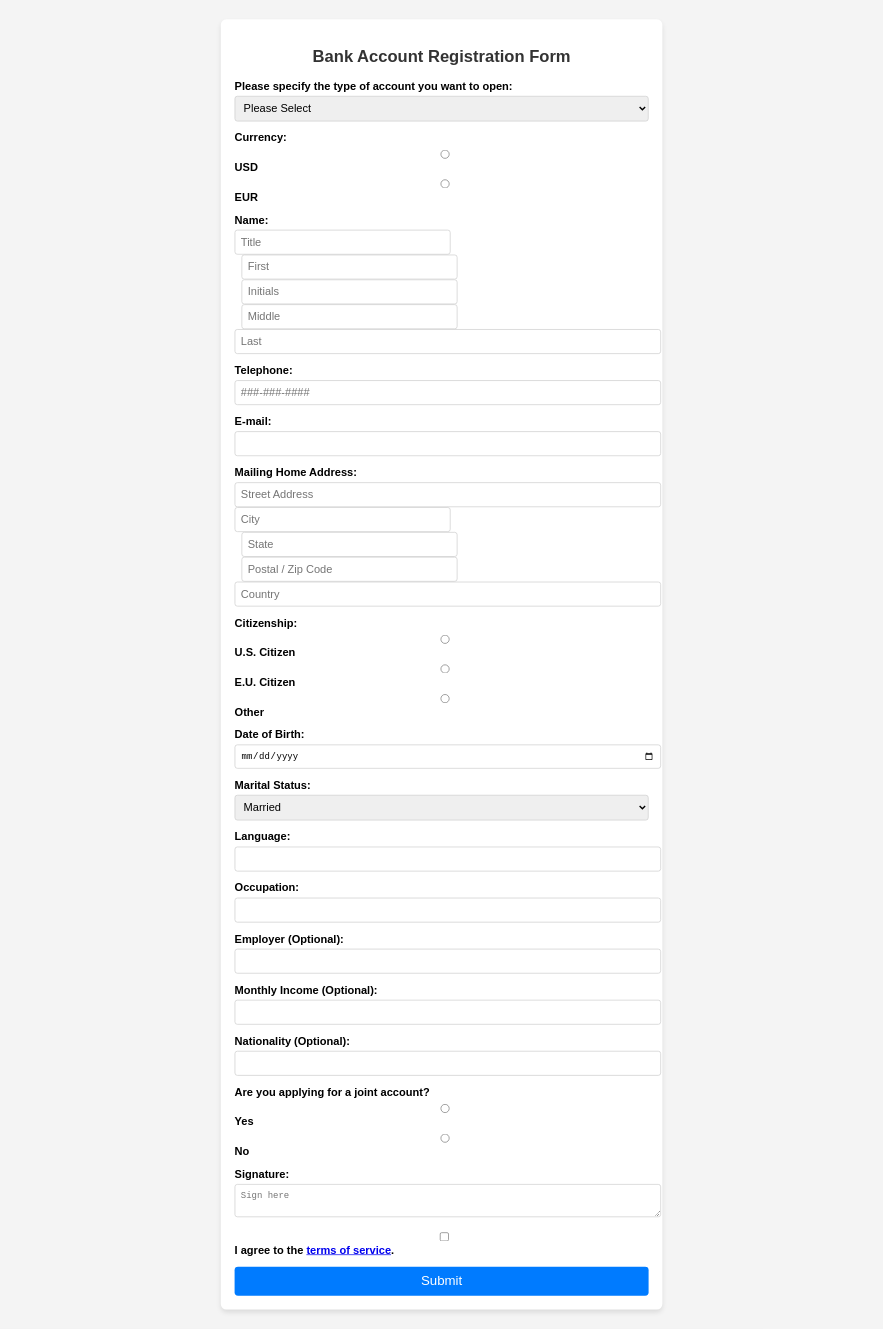
Repository: hizeetech/First-Assignment
Page: sign_up.html
The author's editor kept a copy of each file at every save. The page is drawn from the files as they stood at one save, then again after the next save.
The browser window is 1280 px wide. The pictures show the whole page, at 69% of full size.

Above is the page before, as saved 2024-11-09 01:46:41.

After the next save:
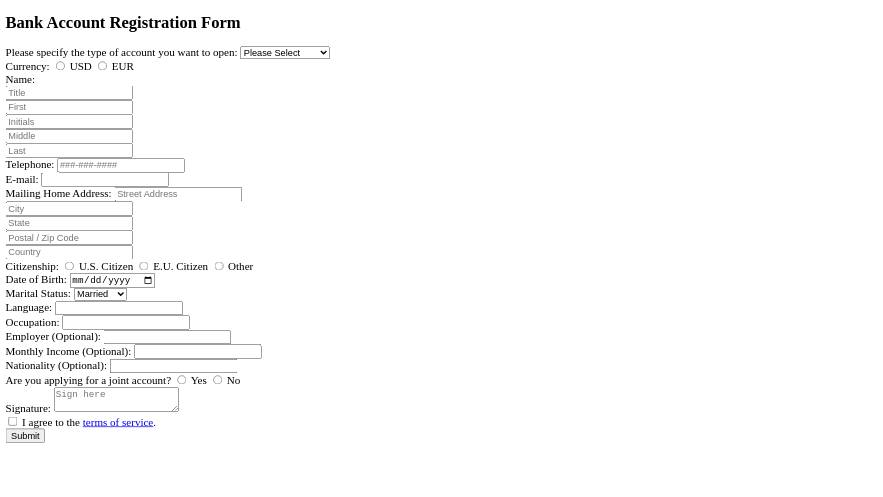
Saved 78 s later.
--- a/sign_up.html
+++ b/sign_up.html
@@ -4,83 +4,7 @@
     <meta charset="UTF-8">
     <meta name="viewport" content="width=device-width, initial-scale=1.0">
     <title>Bank Account Registration Form</title>
-    <style>
-        body {
-            font-family: Arial, sans-serif;
-            display: flex;
-            justify-content: center;
-            background-color: #f4f4f4;
-            padding: 20px;
-        }
-        .form-container {
-            max-width: 600px;
-            width: 100%;
-            background-color: #fff;
-            padding: 20px;
-            border-radius: 8px;
-            box-shadow: 0 4px 8px rgba(0, 0, 0, 0.1);
-        }
-        .form-container h2 {
-            text-align: center;
-            color: #333;
-        }
-        .form-group {
-            margin-bottom: 15px;
-        }
-        .form-group label {
-            display: block;
-            margin-bottom: 5px;
-            font-weight: bold;
-        }
-        .form-group input,
-        .form-group select,
-        .form-group textarea {
-            width: 100%;
-            padding: 8px;
-            font-size: 1em;
-            border: 1px solid #ccc;
-            border-radius: 4px;
-        }
-        .form-group .inline {
-            display: inline-block;
-            width: calc(50% - 5px);
-        }
-        .form-group .inline + .inline {
-            margin-left: 10px;
-        }
-        .form-group .currency,
-        .form-group .citizenship,
-        .form-group .joint-account {
-            display: flex;
-            align-items: center;
-        }
-        .form-group .currency input,
-        .form-group .citizenship input,
-        .form-group .joint-account input {
-            width: auto;
-            margin-right: 5px;
-        }
-        .form-group textarea {
-            resize: vertical;
-        }
-        .form-group .terms {
-            display: flex;
-            align-items: center;
-        }
-        .submit-btn {
-            width: 100%;
-            padding: 10px;
-            background-color: #007bff;
-            color: #fff;
-            font-size: 1.2em;
-            border: none;
-            border-radius: 5px;
-            cursor: pointer;
-        }
-        .submit-btn:hover {
-            background-color: #0056b3;
-        }
-    </style>
+
 </head>
 <body>
 
